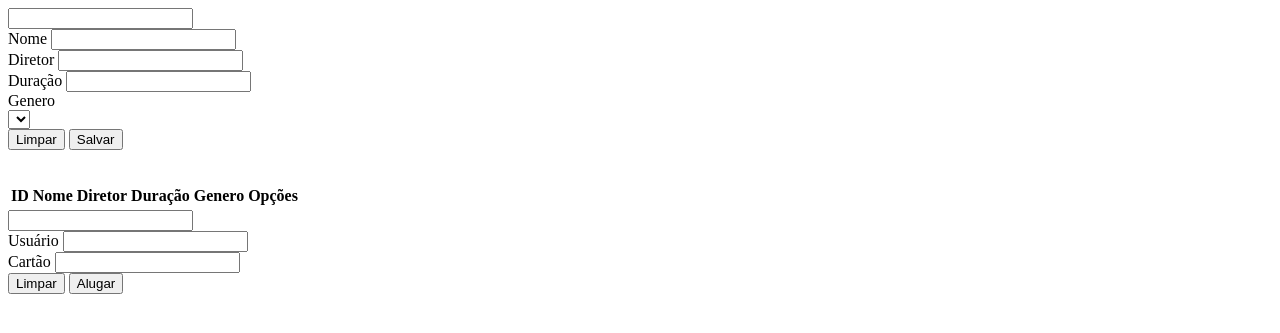
Repository: heloisakrajewski/projeto-leo
Page: Projeto/pyrafilms/WebContent/filme.html
These files come from the project's save history. The page is drawn as it stood at one moment and after the next save; the edit follows.
The browser window is 1280 px wide. The pictures show the whole page.

Above is the page before, as saved 2016-11-27 16:10:18.
Console error: ReferenceError: jQuery is not defined

### Projeto/pyrafilms/WebContent/filme.html
<meta charset="utf-8">
    <meta http-equiv="X-UA-Compatible" content="IE=edge">
    <meta name="viewport" content="width=device-width, initial-scale=1">
    <meta name="description" content="">
    <meta name="author" content="">

<div id="filme">
	<form id="criarFilmeForm">
		<div class="form-group">
			<div class="row">
				<input type="text" class="form-control hidden" name="id" />

				<div class="col-lg-6">
					<label>Nome</label>
						<input type="text" class="form-control" name="nome" />
				</div>
				<div class="col-lg-6">
					<label>Diretor</label>
					<input type="text" class="form-control" name="diretor" />
				</div>
			</div>
		</div>
		<div class="form-group">
			<div class="row">
				<div class="col-lg-6">
					<label>Duração</label>
					<input type="text" class="form-control" name="duracao"></input>
				</div>
				<div class="col-lg-6">
					<label>Genero</label><br>
					<select class="form-control" id="comboGeneros" name="genero"></select>
				 </div>
			</div>
		</div>
		<div class="form-group text-center">
			<div class="row">
				<div class="col-lg-12">
					<div class="btn-block btn-group">
					<input type="reset" class="btn btn-default" value="Limpar" />
					<input type="button" class="btn btn-primary" value="Salvar"
						onclick="adicionarFilme();" />
					</div>
				</div>
			</div>
		</div>
	</form>

	<div class="form-group">
		<div class="col-lg-12">
			<br>
			<table id="grid-filmes" class="table">
				<thead>
					<tr>
						<th class="text-center">ID</th>
						<th>Nome</th>
						<th>Diretor</th>
						<th>Duração</th>
						<th>Genero</th>
						<th class="text-center">Opções</th>
					</tr>
				</thead>
				<tr>

				</tr>
			</table>
		</div>
	</div>
</div>
<div id="aluguel" class="hide">
	<form id="criarAluguelForm">
		<div class="form-group">
			<div class="row">
				<input type="text" class="form-control hidden" name="id" />

				<div class="col-lg-6">
					<label>Usuário</label>
					<input type="text" class="form-control" name="usuario_id" />
				</div>
				<div class="col-lg-6">
					<label>Cartão</label>
					<input type="text" class="form-control" name="cartao_id" />
				</div>
			</div>
		</div>
		<div class="form-group text-center">
			<div class="row">
				<div class="col-lg-12">
					<div class="btn-block btn-group">
					<input type="reset" class="btn btn-default" value="Limpar" />
					<input type="button" class="btn btn-primary" value="Alugar"
						onclick="adicionarFilme();" />
					</div>
				</div>
			</div>
		</div>
	</form>
</div>


	<script src="js/json.js" type="text/javascript"></script>
	<script src="js/bootstrap.min.js"></script>
	<!-- <script src="js/custom.js" type="text/javascript"></script> -->
	<script type="text/javascript">

	var host = "http://localhost:8080/pyrafilms/services/";

	$(document).ready(function() {
		listarFilmes();
		listarGeneros();
	});


	function listarGeneros() {
		$.ajax({
			url : host + 'generos/',
			type : 'GET',
			 headers: {
                 Accept : 'application/json'
  			},
			success : function(data) {
				renderizarGenerosCombo(data);

			},
			error: function(data) {
				alert("Erro ao buscar generos de filmes");
			}
		});
	};

	function renderizarGenerosCombo(data) {
		var str = "";
		var str = '<option value="-1">Selecione</option>';
		$.each(data.generoes.genero, function(i, genero) {
			str += '<option value="' + genero.id + '">' + genero.descricao + '</option>';
		});
		$('#comboGeneros').html(str).show();
	}

	var idFilme = "";
	function alugarFilme(filme) {
		$("#aluguel").removeClass("hide");
		$("#filme").addClass("hide");
		idFilme = filme;
	}

	function voltar() {
		$("#aluguel").addClass("hide");
		$("#filme").removeClass("hide");
		//listarUsuarios();
	}

	function listarFilmes() {
		$.ajax({
			url : host + 'filmes/',
			type : 'GET',
			 headers: {
                 Accept : 'application/json'
  			},
			success : function(data) {
				renderizarFilmes(data);

			},
			error: function(data) {
				alert("Erro na invocaÃ§Ã£o");
			}
		});
	};

	function renderizarFilmes(data) {
		$("#grid-filmes tbody tr").remove();
		var str = "";

		$.each(data.filmes.filme, function(i, filme) {
			str += '<tr>';
			str += '<td class="text-center">' + filme.id + '</td>';
			str += '<td>' + filme.nome + '</td>';
			str += '<td>' + filme.diretor + '</td>';
			str += '<td>' + filme.duracao + '</td>';
			str += '<td>' + filme.genero + '</td>';
			str += '<td class="text-center">';
			str += '<button class="btn btn-info" onclick="alugarFilme(' + filme.id + ');">Alugar</button>';
			str += '<button class="btn btn-primary" onclick="carregaFilme(' + filme.id + ');">Editar</button>';
			str += '&nbsp;<button class="btn btn-danger" name="excluirUsuari" onclick="excluirFilme('+ filme.id +')">Excluir</button>';
			str += '</td>';
			str += '</tr>';
		});

		$("#grid-filmes tbody").append(str);

	}

	function excluirFilme(id) {
		$.ajax({
				url : host + 'filmes/' + id,
				type : 'DELETE',
				success : function(data) {
					listarFilmes();
				},
				error : function(data) {
					console.log(data);
					alert("Ocorreu um erro: " + data.status + " "
							+ data.statusText);
				}
			});

	};

	function adicionarFilme() {
		var data = $("#criarFilmeForm").serializeJSON();

		if(data.id){
			atualizaFilme(data);
  		}else {
  			criaFilme(data);
  	  	}
	}

	function atualizaFilme(data) {
		id = data.id;
			data = "{\"filme\":" + JSON.stringify(data) + "}";
			$.ajax({
			   url : host + 'filmes',
			   type : 'PUT',
			   contentType : 'application/json',
			   data : data,
			   success : function(data) {
				  //alert("Incluído com sucesso!");
				  //$("#criarFilmeForm")[0].reset();
				  listarFilmes();
			   },
			   error : function(data) {
					console.log(data);
					alert("Ocorreu um erro: " + data.status + " "+ data.statusText);

			   }
			 });
		}

	function carregaFilme(id) {
		$.ajax({
			url : host + 'filmes/' + id,
			type : 'GET',
			success : function(data) {
				var frm =  $("#criarFilmeForm");
				 $.each(data.filme, function(key, value){
					 $('[name='+key+']', frm).val(value);
				});
			},
			error : function(data) {
				console.log(data);
				alert("Ocorreu um erro: " + data.status + " "
						+ data.statusText);
			}
		});

	}


	function criaFilme(data){
		data = "{\"filme\":" + JSON.stringify(data) + "}";
		$.ajax({
		   url : host + 'filmes',
		   type : 'POST',
		   contentType : 'application/json',
		   data : data,
		   success : function(data) {
			  alert("Incluído com sucesso!");
			  $("#criarFilmeForm")[0].reset();
			  listarFilmes();
		   },
		   error : function(data) {

				console.log(data);
				alert("Ocorreu um erro: " + data.status + " "
						+ data.statusText);
		   }
		 });
	}
	</script>
</body>
</html>

### Projeto/pyrafilms/WebContent/js/json.js
/*!
  SerializeJSON jQuery plugin.
  https://github.com/marioizquierdo/jquery.serializeJSON
  version 1.0.1 (Aug 20, 2012)

  Copyright (c) 2012 Mario Izquierdo
  Dual licensed under the MIT (http://www.opensource.org/licenses/mit-license.php)
  and GPL (http://www.opensource.org/licenses/gpl-license.php) licenses.
*/
(function ($) {
  "use strict";

  $.fn.serializeJSON = function () {
    var obj, formAsArray;
    obj = {};
    formAsArray = this.serializeArray();

    $.each(formAsArray, function (i, input) {
      var name, value, keys;
      name = input.name;
      value = input.value;

      // Split the input name in programatically readable keys
      // name = "foo"              => keys = ['foo']
      // name = "[foo]"            => keys = ['foo']
      // name = "foo[inn][bar]"    => keys = ['foo', 'inn', 'bar']
      // name = "foo[inn][arr][0]" => keys = ['foo', 'inn', 'arr', '0']
      // name = "arr[][val]"       => keys = ['arr', '', 'val']
      keys = $.map(name.split('['), function (key) {
        var last;
        last = key[key.length - 1];
        return last === ']' ? key.substring(0, key.length - 1) : key;
      });
      if (keys[0] === '') { keys.shift(); } // "[foo][inn]" should be same as "foo[inn]"

      // Set value in the object using the keys
      $.deepSet(obj, keys, value);
    });
    return obj;
  };

  // Auxiliar function to check if a variable is an Object
  var isObject = function (obj) {
    return obj === Object(obj);
  };

  /**
  Access the object in a deep key and assigns the value:

  // Examples:
  deepSet(obj, ['foo'], v)                //=> obj['foo'] = v
  deepSet(obj, ['foo', 'inn'], v)         //=> obj['foo']['inn'] = v // Create the inner obj['foo'] object, if needed
  deepSet(obj, ['foo', 'inn', 'inn'], v)  //=> obj['foo']['inn']['inn'] = v
  deepSet(obj, ['0'], v)                  //=> obj[0] = v // obj may be an Array
  deepSet(obj, [''], v)                   //=> obj.push(v) // assume obj as array, and add a new value to the end
  deepSet(obj, ['arr', '0'], v)           //=> obj['arr']['0'] = v // obj['arr'] is created as Array if needed
  deepSet(obj, ['arr', ''], v)            //=> obj['arr'].push(v)
  deepSet(obj, ['foo', 'arr', '0'], v)    //=> obj['foo']['arr'][0] = v // obj['foo'] is created as object and obj['foo']['arr'] as a Array, if needed
  deepSet(obj, ['arr', '0', 'foo'], v)    //=> obj['arr']['0']['foo'] = v // obj['foo'] is created as object and obj['foo']['arr'] as a Array and obj['foo']['arr'][0] as object, if needed

  // Complex example with array empty index,
  // it creates a new element, unless there is a nested non repeated key, so it assigns to the last element object:
  var arr = []
  deepSet(arr, [''], v)                   //=> arr === [v]
  deepSet(arr, ['', 'foo'], v)            //=> arr === [v, {foo: v}]
  deepSet(arr, ['', 'bar'], v)            //=> arr === [v, {foo: v, bar: v}]
  deepSet(arr, ['', 'bar'], v)            //=> arr === [v, {foo: v, bar: v}, {bar: v}]
  */
  $.deepSet = function (obj, keys, value) {
    if (!keys || keys.length === 0) { throw new Error("ArgumentError: keys param expected to be an array with least one key"); }
    var key, next, tail, defaultIfNotDefined, lastKey, lastElement;
    key = keys[0];
    next = keys[1];
    if (next !== undefined && next !== null) {
      tail = keys.slice(1);
      if (key === '') { // Empty key with => merge keys in the object element
        lastKey = obj.length - 1;
        lastElement = obj[obj.length - 1];
        if (isObject(lastElement) && !lastElement[next]) { // if next key is a new attribute in the last object element then set the new value in there
          key = lastKey;
        } else { // if the array does not have an object as last element, create one
          obj.push({});
          key = lastKey + 1;
        }
      }
      if (obj[key] === undefined) { // obj[key] ||= defaultIfNotDefined
        defaultIfNotDefined = (next === '' || !isNaN(parseInt(next, 10))) ? [] : {}; // Array or Object depending on next key
        obj[key] = defaultIfNotDefined;
      }
      $.deepSet(obj[key], tail, value); // Recursive access the inner Object
    } else {
      if (key === '') {
        obj.push(value);
      } else {
        obj[key] = value;
      }
    }
  };

}(jQuery));

Loaded but not shown: Projeto/pyrafilms/WebContent/js/bootstrap.min.js (library)

After the next save:
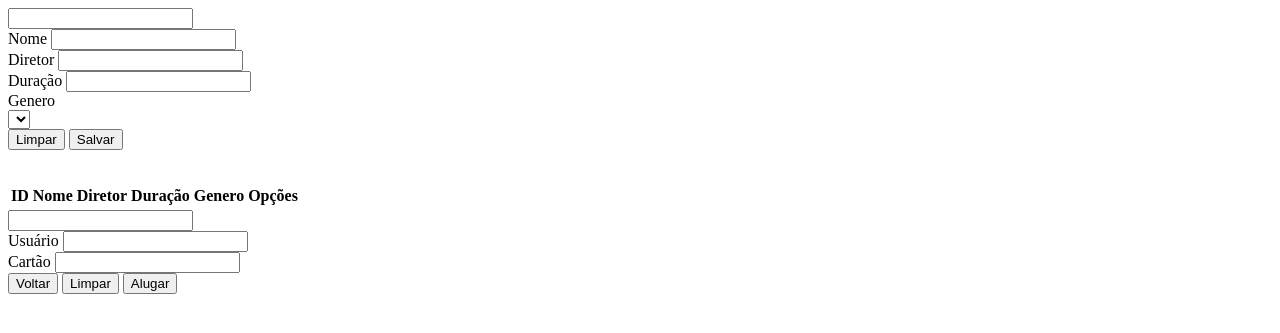
Saved 109 s later.
--- a/Projeto/pyrafilms/WebContent/filme.html
+++ b/Projeto/pyrafilms/WebContent/filme.html
@@ -86,6 +86,8 @@
 			<div class="row">
 				<div class="col-lg-12">
 					<div class="btn-block btn-group">
+					<input type="button" class="btn btn-primary" value="Voltar"
+						onclick="voltar();" />
 					<input type="reset" class="btn btn-default" value="Limpar" />
 					<input type="button" class="btn btn-primary" value="Alugar"
 						onclick="adicionarFilme();" />

After the save that followed:
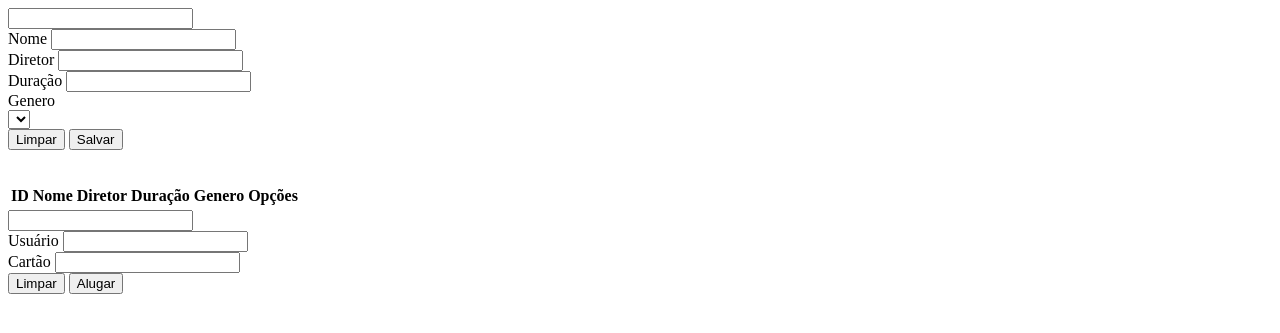
Saved 9 s later.
--- a/Projeto/pyrafilms/WebContent/filme.html
+++ b/Projeto/pyrafilms/WebContent/filme.html
@@ -86,8 +86,6 @@
 			<div class="row">
 				<div class="col-lg-12">
 					<div class="btn-block btn-group">
-					<input type="button" class="btn btn-primary" value="Voltar"
-						onclick="voltar();" />
 					<input type="reset" class="btn btn-default" value="Limpar" />
 					<input type="button" class="btn btn-primary" value="Alugar"
 						onclick="adicionarFilme();" />
